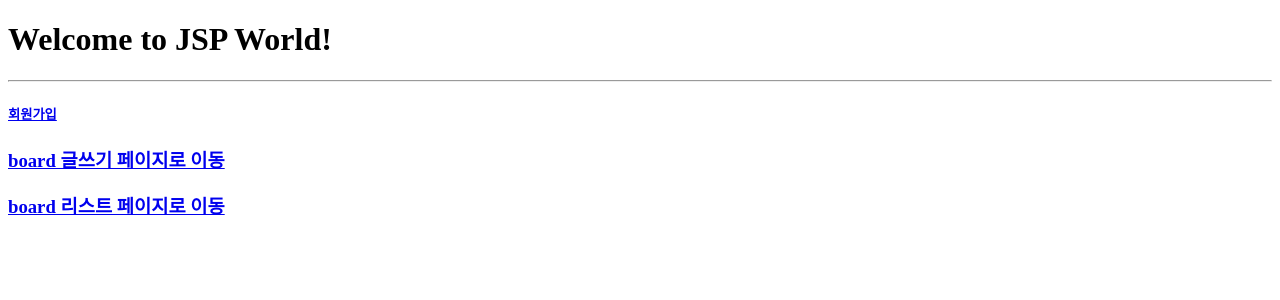
Repository: Umc404/jsp
Page: http://localhost/jsp_study/
An editor plug-in stored every save of this project. The page is shown before and after the next save, followed by the edit.
The browser window is 1280 px wide. The pictures show the whole page.
The page is served by Tomcat 9.

Above is the page before, as saved 2024-10-25 02:19:41.

After the next save:
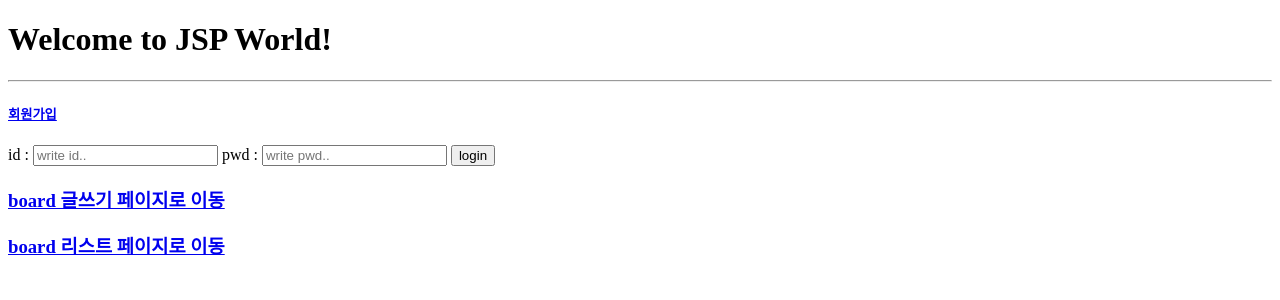
Saved 17 min 38 s later.
--- a/jsp_study/src/main/webapp/index.jsp
+++ b/jsp_study/src/main/webapp/index.jsp
@@ -10,7 +10,13 @@
 	<h1>Welcome to JSP World!</h1>
 	<hr>
 	<h5><a href="/mem/join">회원가입</a></h5>
-
+	<div>
+	<form action="/mem/login" method="post">
+		id : <input type="text" name="id" placeholder="write id..">
+		pwd : <input type="password" name="pwd" placeholder="write pwd..">
+		<button type="submit">login</button>
+	</form>
+	</div>
 	<!-- jsp의 모든 경로는 controller로 이동되개 해야함. -->
 
 	<h3><a href="/brd/register">board 글쓰기 페이지로 이동</a></h3>
